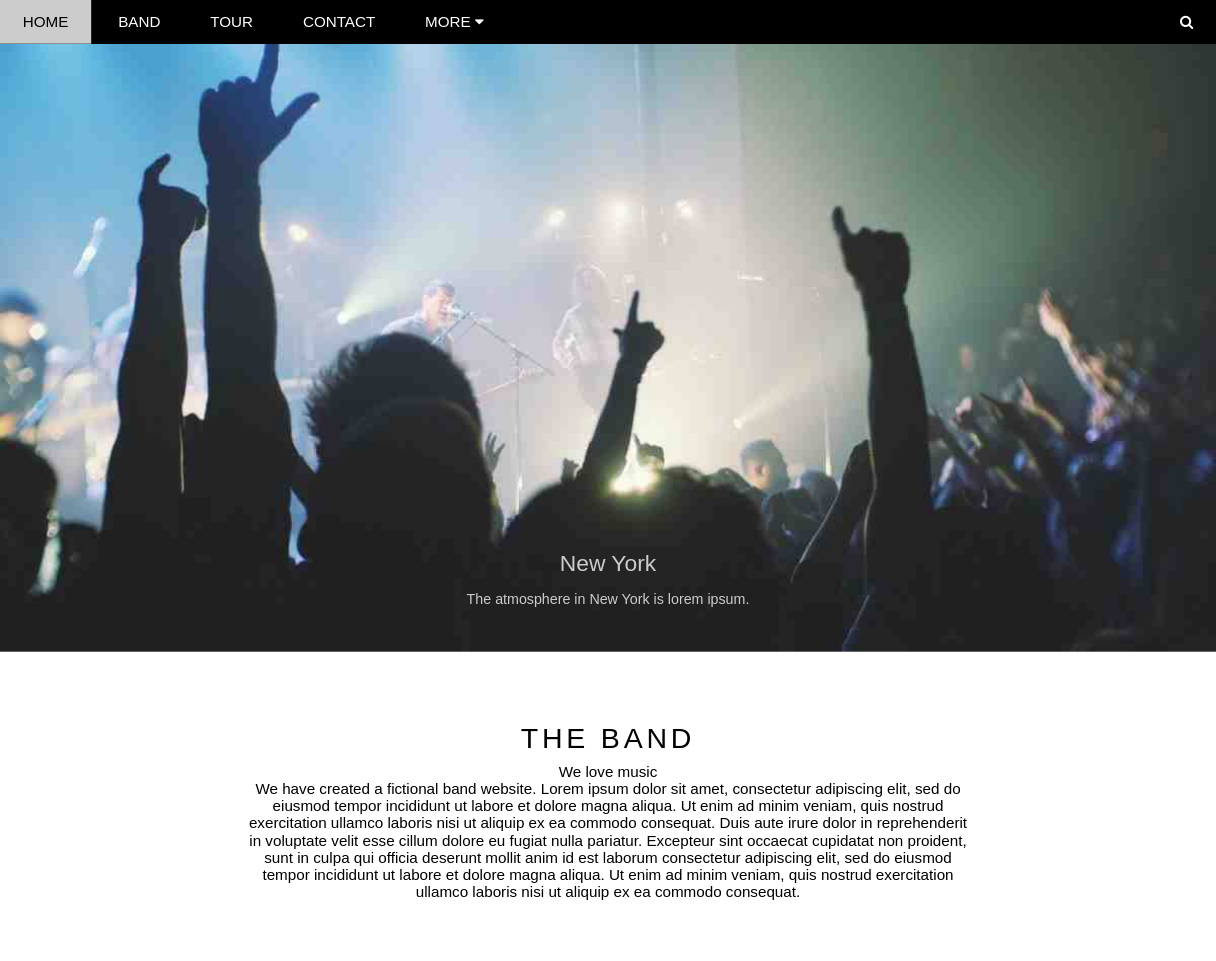
Repository: nguyenhoang2002062929/band
Page: index.html
The author's editor kept a copy of each file at every save. The page is drawn from the files as they stood at one save, then again after the next save.
The browser window is 1280 px wide. The pictures show the whole page, at 95% of full size.

Above is the page before, as saved 2023-06-04 14:52:27.

After the next save:
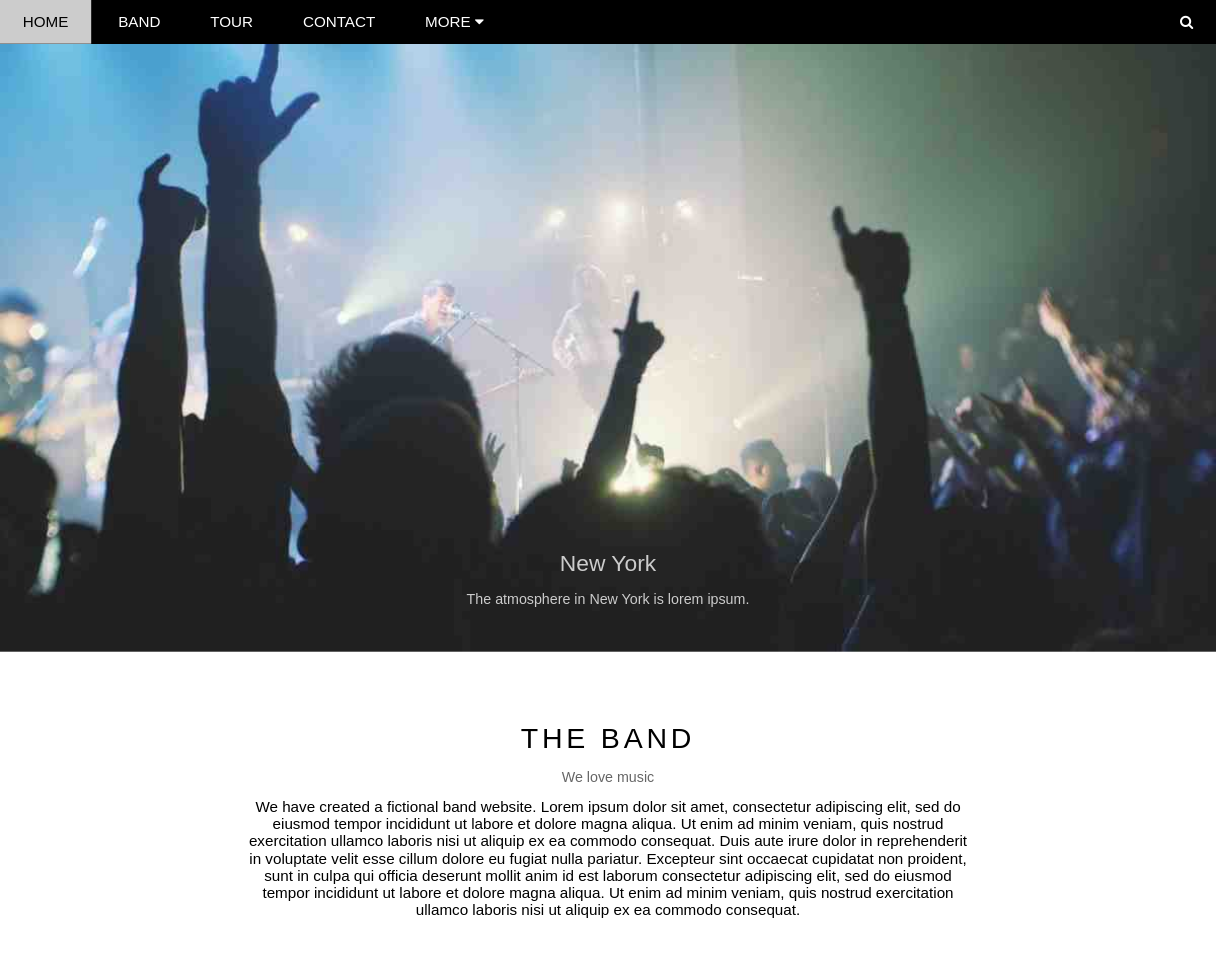
Saved 96 s later.
--- a/assets/css/style.css
+++ b/assets/css/style.css
@@ -108,3 +108,9 @@ cursor: pointer;
     letter-spacing: 4px;
     margin: 10px;
 }
+.content-section .section-sub-heading{
+    font-size: 15px;
+    font-weight: initial;
+    margin: 15px;
+    opacity: 0.6;
+}
